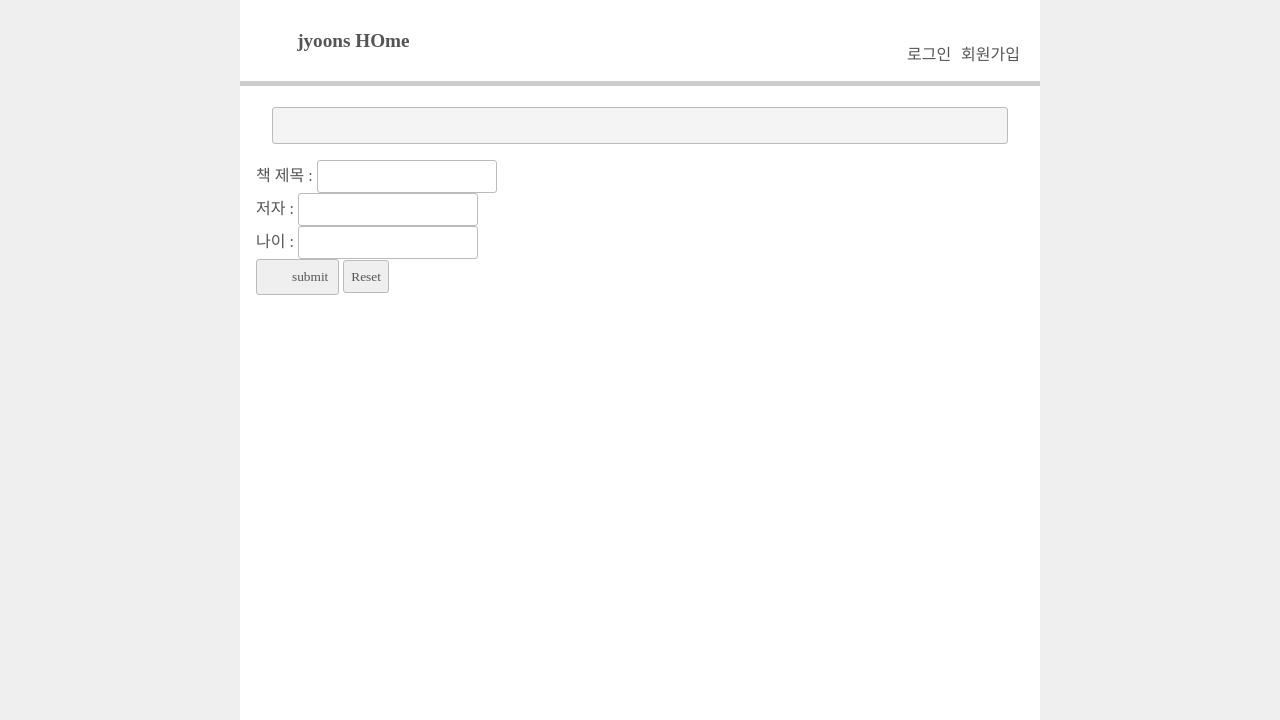
Repository: jyoons00/JSP-sample
Page: http://localhost/jspPro/days01/ex02.jsp
The author's editor kept a copy of each file at every save. The page is drawn from the files as they stood at one save, then again after the next save.
The browser window is 1280 px wide. The pictures show the whole page.
Some web fonts or font styles are not loaded; a fallback is used. The page is served by Tomcat 9.

Above is the page before, as saved 2024-10-15 05:14:49.

After the next save:
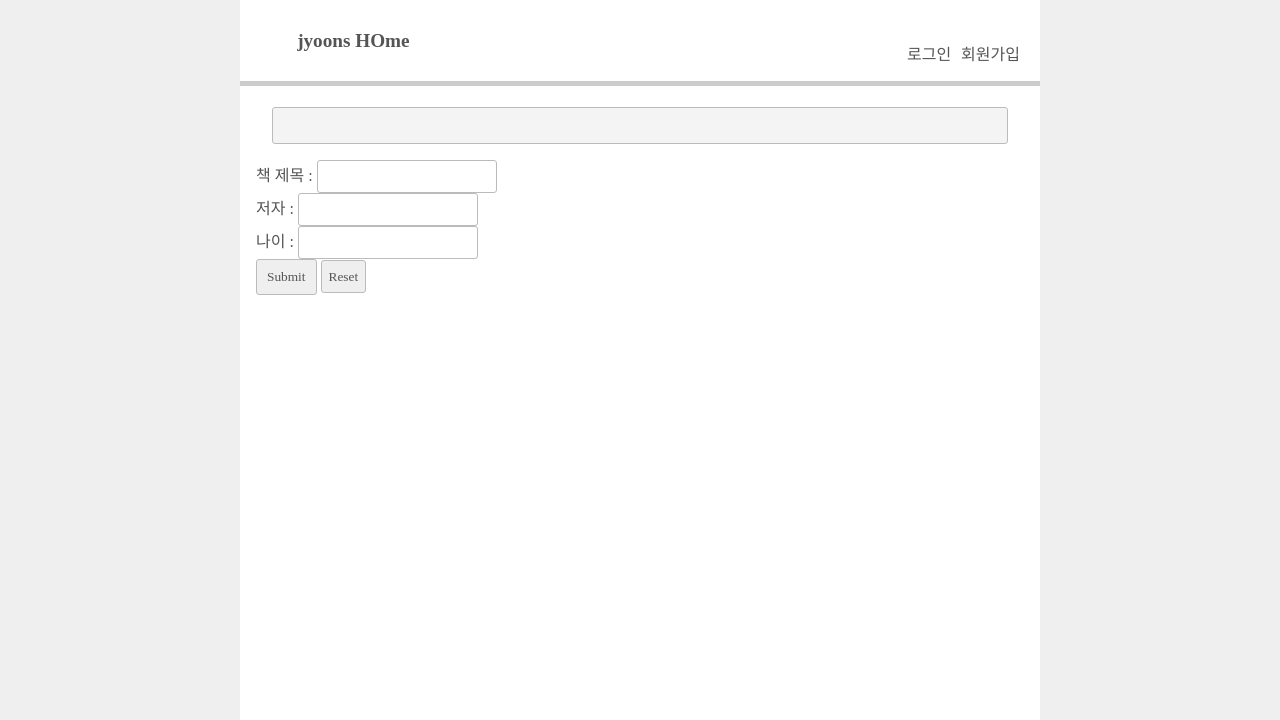
Saved 31 s later.
--- a/jspPro/src/main/webapp/days01/ex02.jsp
+++ b/jspPro/src/main/webapp/days01/ex02.jsp
@@ -32,27 +32,16 @@
 		<xmp class="code"> </xmp>
 
 		<form action="ex02_el_ok.jsp">
-			책 제목 : <input type="text" id="title" name="title"
-				autofocus="autofocus"><br> 저자 : <input type="text"
-				id="author" name="author" autofocus="autofocus"><br> 나이
-			: <input type="text" id="age" name="age" autofocus="autofocus"><br>
+			책 제목 : <input type="text" id="title" name="title"autofocus="autofocus"><br>
+			저자 : <input type="text"id="author" name="author" autofocus="autofocus"><br>
+			나이 : <input type="text" id="age" name="age"autofocus="autofocus"><br>
 			<!-- <button type="button">submit</button> -->
-			<button type="button" onclick="validateForm()">submit</button>
-			<input type="reset">
+			<input type="submit"> <input type="reset">
 		</form>
 	</div>
 
 	<script>
-		function validateForm() {
-			var title = document.query("title").value;
-			var author = document.getElementById("author").value;
-			var age = document.getElementById("age").value;
-			if (!title || !author) {
-				alert("제목과 저자를 입력하세요");
-				return false;
-			}
-			return true;
-		}
+		// 일반버튼
 	</script>
 </body>
 </html>
